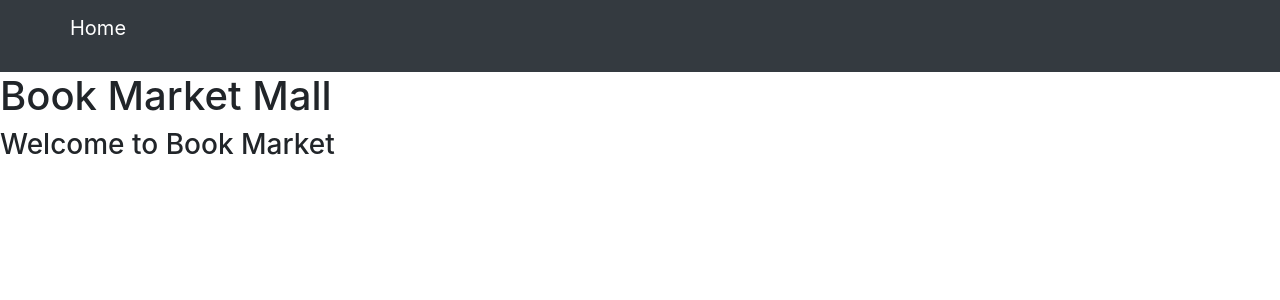
Repository: bobo1201/jspwork
Page: http://localhost/BookMarket/welcome.jsp
The author's editor kept a copy of each file at every save. The page is drawn from the files as they stood at one save, then again after the next save.
The browser window is 1280 px wide. The pictures show the whole page.
The page is served by Tomcat 9.

Above is the page before, as saved 2023-02-27 03:30:08.

### BookMarket/src/main/webapp/welcome.jsp
<%@ page language="java" contentType="text/html; charset=UTF-8"
    pageEncoding="UTF-8"%>
<!DOCTYPE html>
<html>
<head>
<meta charset="UTF-8">
<link rel = "stylesheet"
	href = "http://maxcdn.bootstrapcdn.com/bootstrap/4.0.0/css/bootstrap.min.css">
<title>Insert title here</title>
</head>
<body>
	<nav class = "navbar navbar-expand navbar-dark bg-dark">
		<div class = "container">
			<div class = "navbar-header">
				<a class = "navbar-brand" href="./welcom.jsp">Home</a>
			</div>
		</div>
	</nav>
	<nav class = "navbar navbar-expand navbar-dark bg-dark">
		<div class = "container">

		</div>
	</nav>
	<%! String str1 = "Book Market Mall";
		String str2 = "Welcome to Book Market";
	%>

	<h1><%= str1 %></h1>
	<h3><%= str2 %></h3>


</body>
</html>

After the next save:
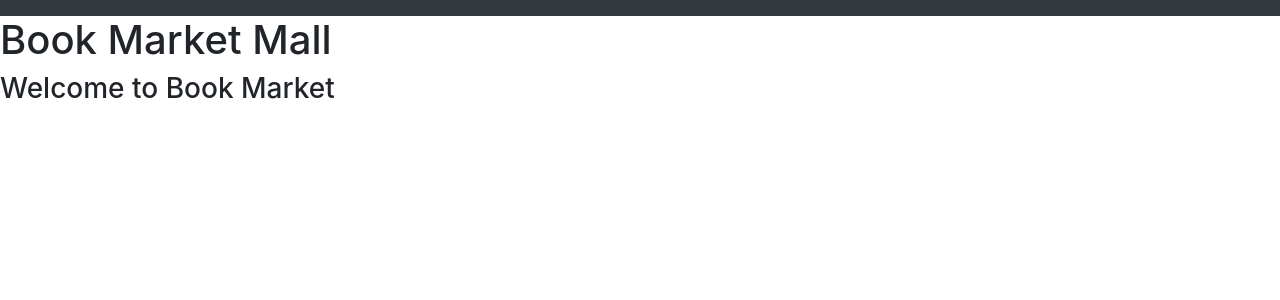
Saved 8 s later.
--- a/BookMarket/src/main/webapp/welcome.jsp
+++ b/BookMarket/src/main/webapp/welcome.jsp
@@ -9,13 +9,7 @@
 <title>Insert title here</title>
 </head>
 <body>
-	<nav class = "navbar navbar-expand navbar-dark bg-dark">
-		<div class = "container">
-			<div class = "navbar-header">
-				<a class = "navbar-brand" href="./welcom.jsp">Home</a>
-			</div>
-		</div>
-	</nav>
+
 	<nav class = "navbar navbar-expand navbar-dark bg-dark">
 		<div class = "container">
 

After the save that followed:
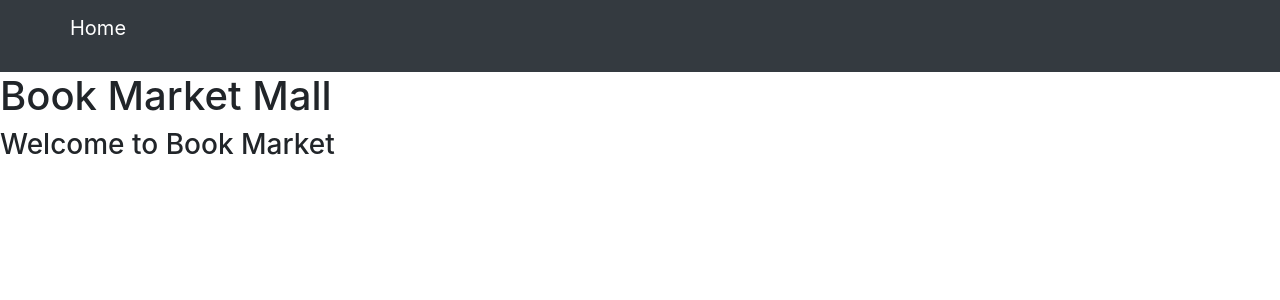
Saved 73 s later.
--- a/BookMarket/src/main/webapp/welcome.jsp
+++ b/BookMarket/src/main/webapp/welcome.jsp
@@ -9,9 +9,18 @@
 <title>Insert title here</title>
 </head>
 <body>
-
 	<nav class = "navbar navbar-expand navbar-dark bg-dark">
 		<div class = "container">
+			<div class = "navbar-header">
+				<a class = "navbar-brand" href="./welcom.jsp">Home</a>
+			</div>
+		</div>
+	</nav>
+	<nav class = "navbar navbar-expand navbar-dark bg-dark">
+		<div class = "container">
+			<div class = "navba-header">
+
+			</div>
 
 		</div>
 	</nav>
